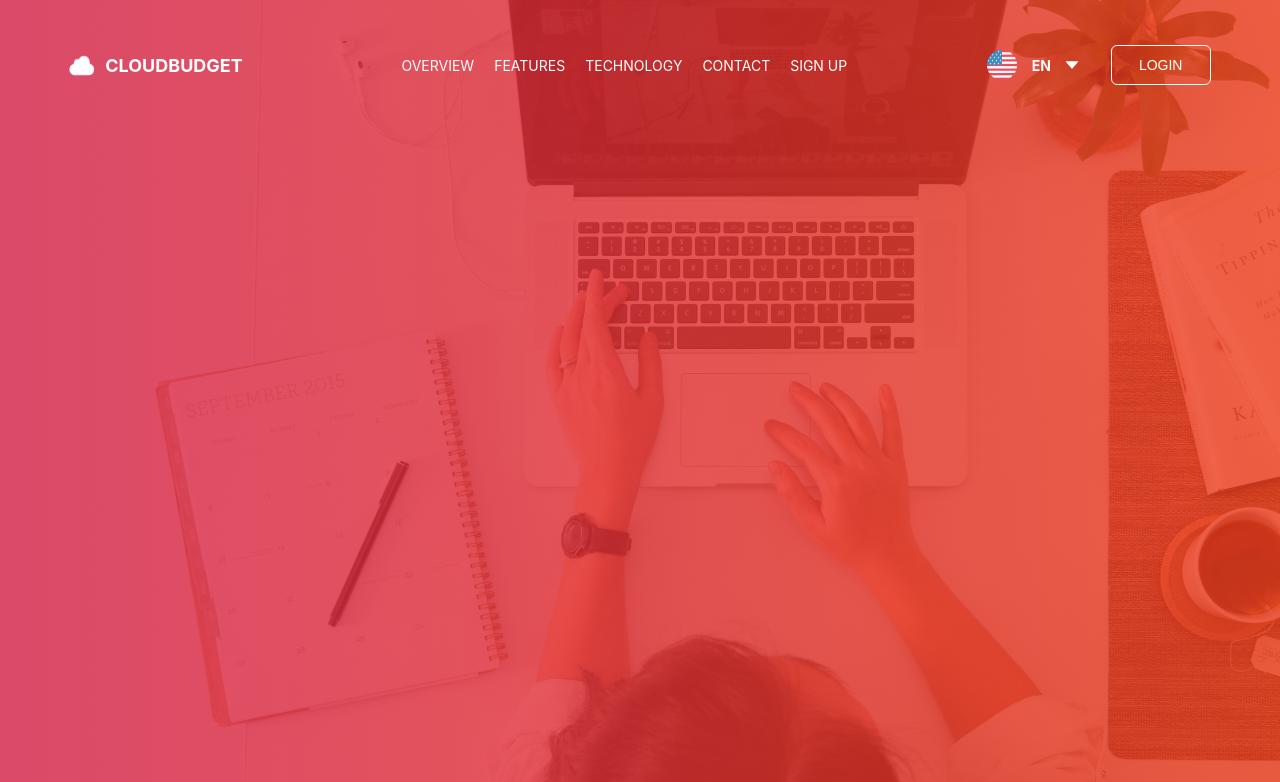
Repository: Ola-22/cloudBudget
Page: /
These files come from the project's save history. The page is drawn as it stood at one moment and after a run of saves; the edit follows.
The browser window is 1280 px wide. The pictures show the whole page.
The project was rebuilt for these pictures with package versions that can differ from the ones it lists, and the page was loaded fresh each time.

Above is the page before, as saved 2021-09-12 17:22:56.

### src/App.js
import "./App.css";
import Navbar from "./Components/Navbar";

function App() {
  return (
    <div className="App">
      <div
        className="app-main"
        style={{
          backgroundImage:
            "linear-gradient(90deg, rgba(213, 32, 71, 0.8) 0%, rgba(238, 61, 27, 0.8) 100%),url(/bg.png)",
          height: "782px",
        }}
      >
        <Navbar />
      </div>
    </div>
  );
}

export default App;

### src/App.css
*{
  margin: 0;
  padding: 0;
  box-sizing: border-box;
}

.app-main{
  /* height: 782px; */
  background-position: center;
  background-repeat: no-repeat;
  background-size: cover;
  position: relative;
}

### src/Components/Navbar/index.jsx
import "./style.scss";
// import {Link} from "react-router-dom"
import { Link, BrowserRouter as Router } from "react-router-dom";

function Navbar() {
  return (
    <div className="nav-main">
      <div className="nav-box">
        <img src="/Vector.png" alt="" />
        <h3>CLOUDBUDGET</h3>
      </div>
      <Router>
        <nav>
          <Link to="/">overview</Link>
          <Link to="/">features</Link>
          <Link to="/">technology</Link>
          <Link to="/">contact</Link>
          <Link to="/">sign up</Link>
        </nav>
      </Router>
      <div style={{ display: "flex" }}>
        <div className="flag-box">
          <img src="/flag.png" alt="" />
          <h4>EN</h4>
          <img src="/vector2.png" alt="" />
        </div>
        <button>Login</button>
      </div>
    </div>
  );
}

export default Navbar;

### src/Components/Navbar/style.scss
@import "../../styles/variables.scss";

.nav-main{
  display: flex;
  align-items: center;
  justify-content: space-around;
  padding-top: 45px;
  & >nav{
    display: flex;
    & >a {
      margin-left: 20px;
      text-transform: uppercase;
      color: $whiteColor;
      font-size: 14px;
      text-decoration: none;
    }
  }

  & button{
    width: 100px;
    height: 40px;
    background-color: transparent;
    border-radius: 6px;
    border: 1px solid $whiteColor;
    font-size: 14px;
    text-transform: uppercase;
    color: $whiteColor;
    margin-inline-start: 28.81px;
  }
}

.nav-box{
  display: flex;
  // margin-left: 5%;
  & > h3{
    font-size: 18px;
    margin-left: 9.9px;
    color: white;
  }
}

.flag-box{
  display: flex;
  align-items: center;
  width: 96px;
  & > h4{
    font-size: 14px;
    color: $whiteColor;
    margin-inline-start: 13.81px;
    margin-inline-end: 13.81px;
  }
}

### src/styles/variables.scss
$whiteColor: #ffffff;
$blackColor: #000000;
$orangeColor: #EE3D1B;
$pinkColor: #D52047;

Loaded but not shown: public/index.html (common file); src/index.js (common file); src/index.css (common file); src/reportWebVitals.js (common file)

After the next 4 saves:
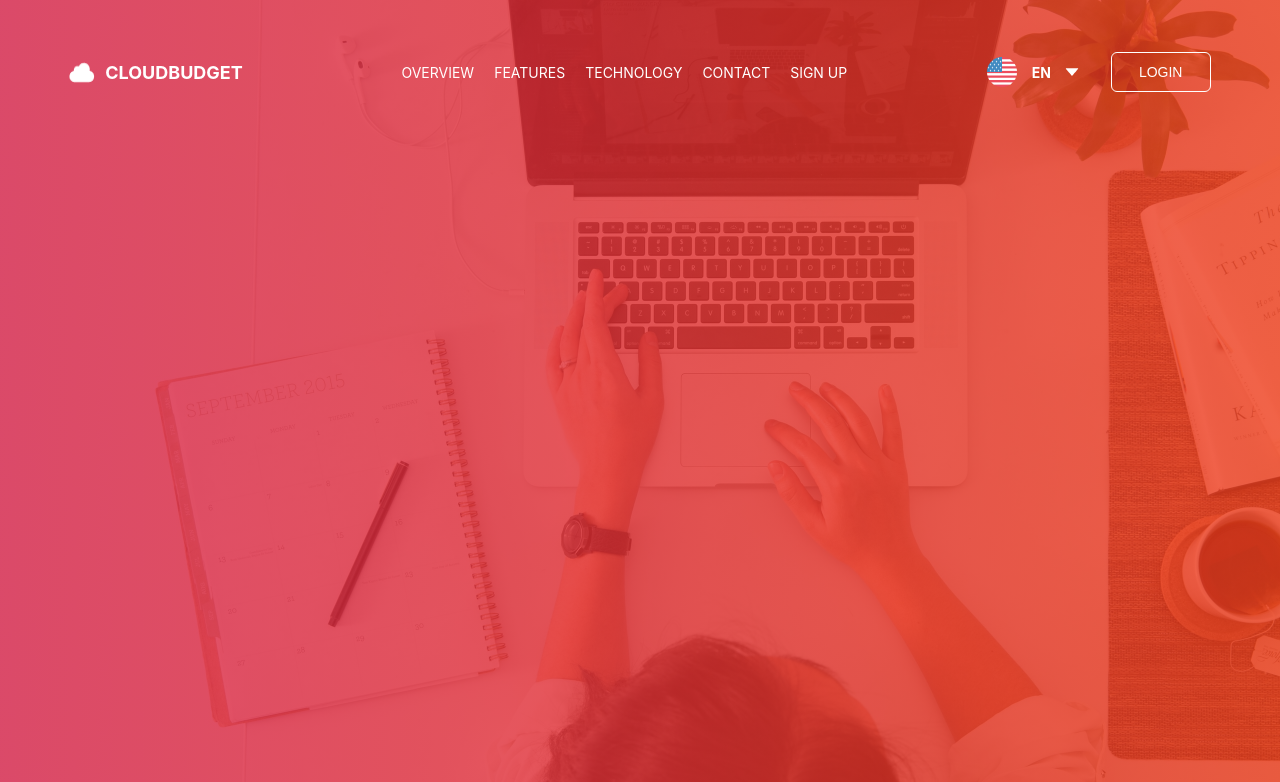
The 4 saves are shown as one change because they came seconds apart.
The last was saved 28 s later.
--- a/src/Components/Navbar/style.scss
+++ b/src/Components/Navbar/style.scss
@@ -4,7 +4,7 @@
   display: flex;
   align-items: center;
   justify-content: space-around;
-  padding-top: 45px;
+  padding-top: 52px;
   & >nav{
     display: flex;
     & >a {
